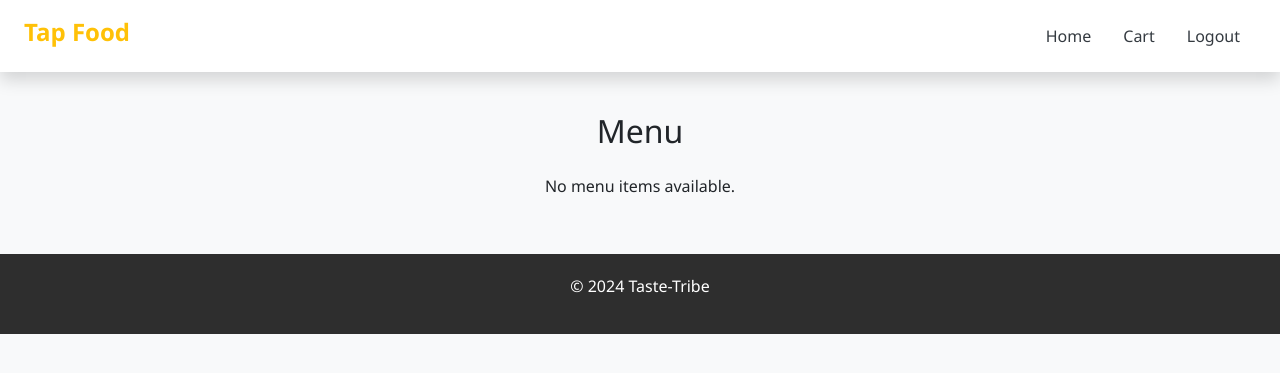
Repository: Rupeswarbhainsa777/Food-Web-App
Page: http://localhost/TapFoodApp/Menu.jsp
The author's editor kept a copy of each file at every save. The page is drawn from the files as they stood at one save, then again after the next save.
The browser window is 1280 px wide. The pictures show the whole page.
The page is served by Tomcat 10. Other server files are loaded and not shown.

Above is the page before, as saved 2025-04-27 21:44:47.

### TapFoodApp/src/main/webapp/Menu.jsp
<%@ page contentType="text/html;charset=UTF-8" language="java" %>
<%@ page import="com.tap.modeal.Menu" %>
<%@ page import="java.util.*" %>

<!DOCTYPE html>
<html lang="en">
<head>
    <meta charset="UTF-8">
    <title>Menu - Tap Food</title>
    <link rel="stylesheet"
          href="https://stackpath.bootstrapcdn.com/bootstrap/4.5.2/css/bootstrap.min.css">
    <style>
        body {
            background-color: #f8f9fa;
            font-family: 'Segoe UI', sans-serif;
        }
        .menu-container {
            margin-top: 40px;
        }
        .card img {
            height: 180px;
            object-fit: cover;
        }
        .footer {
            background-color: #2e2e2e;
            color: white;
            padding: 20px 0;
            margin-top: 40px;
            text-align: center;
        }
        .order-btn {
            background-color: #fc8019;
            border: none;
            color: white;
            padding: 8px 16px;
            border-radius: 5px;
        }
        .order-btn:hover {
            background-color: #e56d00;
        }
    </style>
</head>
<body>

<!-- Header -->
<header class="d-flex justify-content-between align-items-center px-4 py-3 shadow bg-white">
    <div class="h4 text-warning font-weight-bold">Tap Food</div>
    <nav>
        <ul class="nav">
            <li class="nav-item"><a class="nav-link text-dark" href="home.jsp">Home</a></li>
            <li class="nav-item"><a class="nav-link text-dark" href="cart.jsp">Cart</a></li>
            <li class="nav-item"><a class="nav-link text-dark" href="LogoutServlet">Logout</a></li>
        </ul>
    </nav>
</header>

<!-- Menu Items -->
<div class="container menu-container">
    <h2 class="mb-4 text-center">Menu</h2>
    <div class="row">
        <%
        List<Menu> obj = (List<Menu>) session.getAttribute("menuList");
        if (obj != null) {
            List<Menu> menuList = obj;
            for (Menu item : menuList) {
        %>
        <div class="col-md-4 mb-4">
            <div class="card">
                <img src="<%= item.getImagePath() %>" class="card-img-top" alt="<%= item.getItemName() %>">
                <div class="card-body">
                    <h5 class="card-title"><%= item.getItemName() %></h5>
                    <p class="card-text"><%= item.getDescription() %></p>
                    <p class="card-text font-weight-bold">₹<%= item.getItemPrice() %></p>

                    <!-- Add to Cart Form -->
                    <form action="Cart" method="post">
                        <input type="hidden" name="restaurantId" value="<%= item.getRestaurantId() %>">
                        <input type="hidden" name="itemId" value="<%= item.getMenuId() %>">
                        <input type="hidden" name="quantity" value="1"> <!-- default quantity 1 -->
                        <input type="hidden" name="action" value="add">

                        <div class="text-center">
                            <input type="submit" class="order-btn" value="Add to Cart">
                        </div>
                    </form>

                </div>
            </div>
        </div>
        <%
            }
        } else {
        %>
        <div class="col-12 text-center">
            <p>No menu items available.</p>
        </div>
        <%
        }
        %>
    </div>
</div>

<!-- Footer -->
<footer class="footer">
    <p>&copy; 2024 Taste-Tribe</p>
</footer>

</body>
</html>

After the next save:
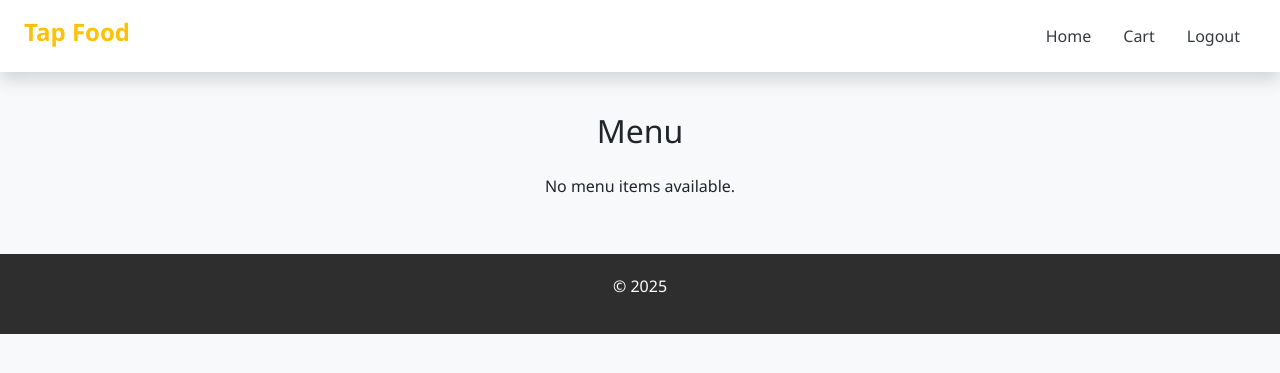
Saved 8 min 10 s later.
--- a/TapFoodApp/src/main/webapp/Menu.jsp
+++ b/TapFoodApp/src/main/webapp/Menu.jsp
@@ -102,7 +102,7 @@
 
 <!-- Footer -->
 <footer class="footer">
-    <p>&copy; 2024 Taste-Tribe</p>
+    <p>&copy; 2025</p>
 </footer>
 
 </body>
